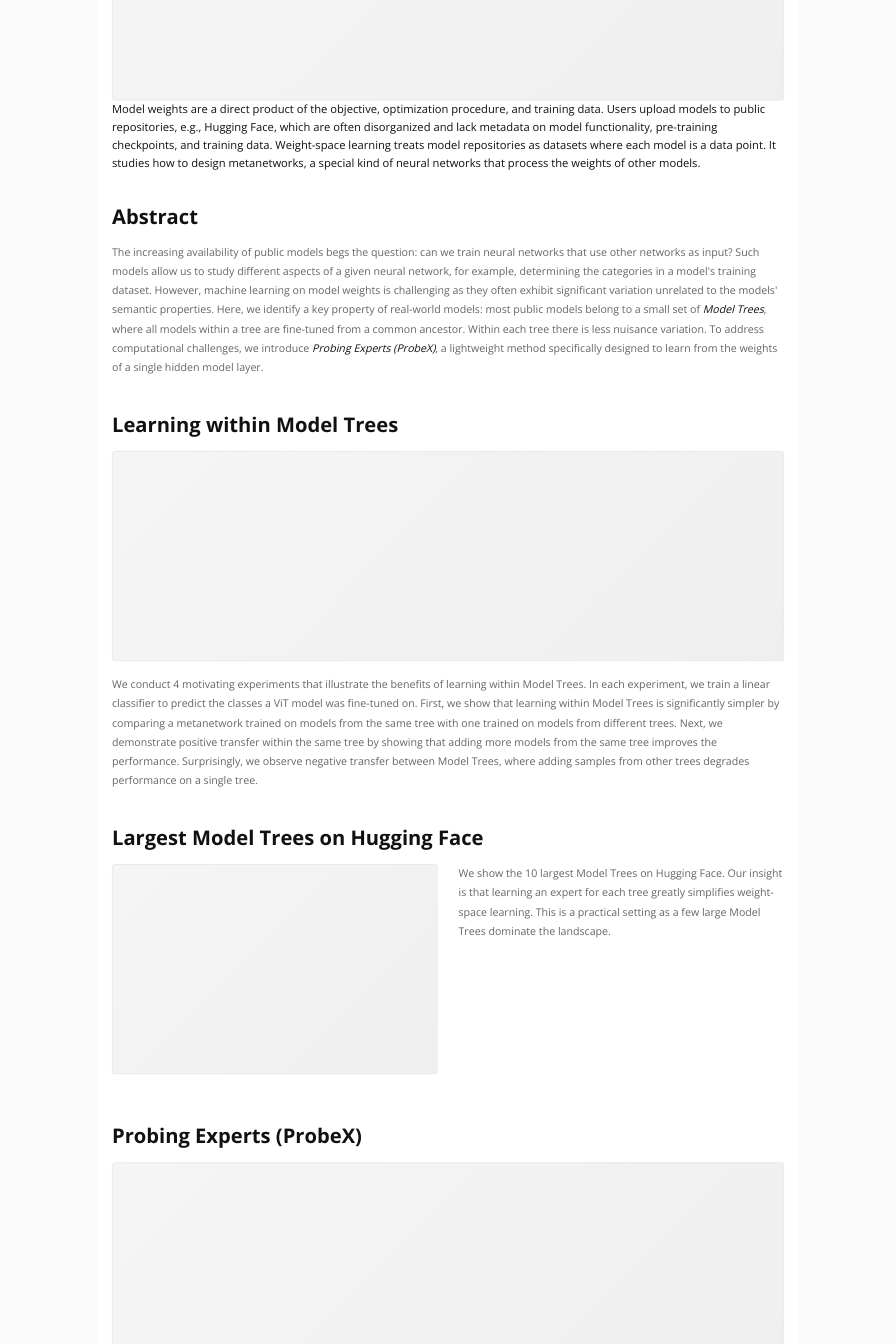
Repository: zty0304/FlowLines-web
Page: index.html
The author's editor kept a copy of each file at every save. The page is drawn from the files as they stood at one save, then again after the next save.
The browser window is 1280 px wide. The pictures show the part of the page from y = 598 to 2518 px (the page is 3730 px tall before and 3457 px after), at 70% of full size.

Above is the page before, as saved 2026-08-31 15:23:56.

### index.html
<!DOCTYPE html>
<html lang="en">
  <head>
    <meta charset="UTF-8" />
    <meta name="viewport" content="width=device-width, initial-scale=1.0" />
    <meta name="description" content="Academic Research Paper Project Page" />
    <title>Your Paper Title</title>
    <link
      href="https://fonts.googleapis.com/css2?family=Noto+Serif:wght@400;700&family=Open+Sans:wght@400;600;700&display=swap"
      rel="stylesheet"
    />
    <link rel="stylesheet" href="styles.css" />
  </head>
  <body>
    <main class="content">
      <div class="header-section">
        <h1>Structure–Color Disentangled Anime Hair Synthesis via Flow Lines</h1>

        <div class="authors-line">
          <span><a href="#">Author A</a><sup>*</sup>, </span>
          <span><a href="#">Author B</a><sup>*</sup>, </span>
          <span><a href="#">Author C</a></span>
        </div>

        <div class="affiliation-line">
          <span>Institute A</span>
          <span>Institute B</span>
        </div>

        <div class="conference-line">
          <span>SIGGRAPH Asia 2026</span>
        </div>

        <div class="equal-contribution">
          <sup>*</sup>Indicates Equal Contribution
        </div>

        <div class="buttons-group">
          <a href="#" class="btn btn-paper">
            <span>📄</span>
            <span>Paper</span>
          </a>
          <a href="#" class="btn btn-code">
            <span>💻</span>
            <span>Code</span>
          </a>
          <a href="#" class="btn btn-arxiv">
            <span>📎</span>
            <span>arXiv</span>
          </a>
          <a href="#" class="btn btn-dataset">
            <span>🤗</span>
            <span>Dataset</span>
          </a>
        </div>
      </div>

      <article class="paper">
        <figure class="teaser-figure">
          <div class="placeholder-img large"></div>
        </figure>

        <div class="intro-text">
          <p>
            Model weights are a direct product of the objective, optimization procedure, and training
            data. Users upload models to public repositories, e.g., Hugging Face, which are often
            disorganized and lack metadata on model functionality, pre-training checkpoints, and
            training data. Weight-space learning treats model repositories as datasets where each
            model is a data point. It studies how to design metanetworks, a special kind of neural
            networks that process the weights of other models.
          </p>
        </div>

        <section class="paper-section">
          <h2>Abstract</h2>
          <p>
            The increasing availability of public models begs the question: can we train neural networks
            that use other networks as input? Such models allow us to study different aspects of a given
            neural network, for example, determining the categories in a model's training dataset. However,
            machine learning on model weights is challenging as they often exhibit significant variation
            unrelated to the models' semantic properties. Here, we identify a key property of real-world
            models: most public models belong to a small set of <em>Model Trees</em>, where all models within
            a tree are fine-tuned from a common ancestor. Within each tree there is less nuisance variation.
            To address computational challenges, we introduce <em>Probing Experts (ProbeX)</em>, a lightweight
            method specifically designed to learn from the weights of a single hidden model layer.
          </p>
        </section>

        <section class="paper-section">
          <h2>Learning within Model Trees</h2>
          <figure class="section-figure">
            <div class="placeholder-img"></div>
          </figure>
          <p>
            We conduct 4 motivating experiments that illustrate the benefits of learning within Model
            Trees. In each experiment, we train a linear classifier to predict the classes a ViT model
            was fine-tuned on. First, we show that learning within Model Trees is significantly simpler
            by comparing a metanetwork trained on models from the same tree with one trained on models
            from different trees. Next, we demonstrate positive transfer within the same tree by showing
            that adding more models from the same tree improves the performance. Surprisingly, we observe
            negative transfer between Model Trees, where adding samples from other trees degrades
            performance on a single tree.
          </p>
        </section>

        <section class="paper-section">
          <h2>Largest Model Trees on Hugging Face</h2>
          <div class="section-content">
            <figure class="section-figure">
              <div class="placeholder-img"></div>
            </figure>
            <p>
              We show the 10 largest Model Trees on Hugging Face. Our insight is that learning an expert
              for each tree greatly simplifies weight-space learning. This is a practical setting as a few
              large Model Trees dominate the landscape.
            </p>
          </div>
        </section>

        <section class="paper-section">
          <h2>Probing Experts (ProbeX)</h2>
          <figure class="section-figure">
            <div class="placeholder-img"></div>
          </figure>
          <p>
            Unlike conventional probing methods that operate only on inputs and outputs, our lightweight
            architecture scales weight-space learning to large models by probing hidden model layers.
            ProbeX begins by passing a set of learned probes through the input weight matrix. A projection
            matrix, shared between all probes, reduces the dimensionality of the probe responses, followed
            by a non-linear activation. Each probe response is then mapped to a probe encoding via a
            per-probe encoder matrix. We sum the probe encodings to obtain the final model encoding, which
            the predictor head maps to the task output.
          </p>
        </section>

        <section class="paper-section">
          <h2>Results</h2>
          <p>
            ProbeX achieves state-of-the-art results on the task of training category prediction, accurately
            identifying the specific classes within a model's training dataset. Excitingly, ProbeX can also
            align fine-tuned Stable Diffusion weights with language representations. This capability enables
            a new task: zero-shot model classification, where models are classified via a text prompt describing
            their training data.
          </p>
          <figure class="section-figure">
            <div class="placeholder-img"></div>
          </figure>
        </section>

        <section class="paper-section bibtex-section">
          <div class="bibtex-header">
            <h2>BibTeX</h2>
            <button class="copy-btn" onclick="copyToClipboard()">Copy</button>
          </div>
          <pre id="bibtex"><code>@inproceedings{yourpaper2026,
  title = {Structure--Color Disentangled Anime Hair Synthesis via Flow Lines},
  author = {Author A and Author B and Author C},
  booktitle = {SIGGRAPH Asia 2026 Conference Proceedings},
  year = {2026}
}</code></pre>
        </section>

        <div class="footer-note">
          <p>
            This page was built using the <a href="https://github.com/eliahuhorwitz/Academic-project-page-template">Academic Project Page Template</a> which was adopted from the <a href="https://nerfies.github.io/">Nerfies</a> project page.
          </p>
        </div>
      </article>
    </main>

    <script src="script.js"></script>
  </body>
</html>

### styles.css
:root {
  --text-color: #111;
  --muted-color: #666;
  --bg-color: #fff;
  --border-color: #e0e0e0;
}

* {
  margin: 0;
  padding: 0;
  box-sizing: border-box;
}

html {
  scroll-behavior: smooth;
}

body {
  font-family: 'Open Sans', 'Helvetica Neue', Helvetica, Arial, sans-serif;
  background-color: #fafafa;
  color: var(--text-color);
  line-height: 1.6;
}

main.content {
  max-width: 1000px;
  margin: 0 auto;
  padding: 40px 20px;
  background-color: var(--bg-color);
}

.header-section {
  text-align: center;
  margin-bottom: 50px;
}

h1 {
  font-size: 2.5rem;
  margin: 20px 0;
  color: var(--text-color);
}

h2 {
  font-size: 1.8rem;
  margin-bottom: 15px;
  margin-top: 40px;
  color: var(--text-color);
}

h3 {
  font-size: 1.1rem;
}

a {
  color: var(--text-color);
  text-decoration: none;
}

a:hover {
  text-decoration: underline;
}

.authors-line {
  font-size: 1rem;
  margin: 10px 0;
  color: var(--text-color);
}

.authors-line a {
  color: #0066cc;
  text-decoration: none;
  font-weight: 500;
}

.authors-line a:hover {
  text-decoration: underline;
}

.affiliation-line {
  font-size: 0.95rem;
  color: var(--muted-color);
  margin: 5px 0;
}

.affiliation-line span {
  margin: 0 10px;
}

.conference-line {
  font-size: 0.95rem;
  color: var(--muted-color);
  margin: 5px 0;
}

.equal-contribution {
  font-size: 0.85rem;
  color: var(--muted-color);
  margin: 8px 0;
}

.buttons-group {
  display: flex;
  justify-content: center;
  gap: 10px;
  margin-top: 20px;
  flex-wrap: wrap;
}

.btn {
  display: inline-flex;
  align-items: center;
  gap: 6px;
  padding: 8px 14px;
  border-radius: 4px;
  font-size: 0.9rem;
  font-weight: 600;
  text-decoration: none;
  transition: all 0.2s;
}

.btn-paper {
  background: #1a1a2e;
  color: #fff;
}

.btn-paper:hover {
  background: #0a0a1e;
}

.btn-code {
  background: #2a2a4e;
  color: #fff;
}

.btn-code:hover {
  background: #1a1a3e;
}

.btn-arxiv {
  background: #3a3a6e;
  color: #fff;
}

.btn-arxiv:hover {
  background: #2a2a5e;
}

.btn-dataset {
  background: #f0a54d;
  color: #1a1a2e;
}

.btn-dataset:hover {
  background: #e69a38;
}

.intro-section {
  margin-bottom: 50px;
  display: grid;
  grid-template-columns: 1fr 1fr;
  gap: 30px;
  align-items: center;
}

.intro-figure {
  margin: 0;
}

.intro-section p {
  font-size: 0.95rem;
  line-height: 1.8;
  color: var(--muted-color);
}

.paper-section {
  margin-bottom: 45px;
}

.paper-section p {
  font-size: 0.95rem;
  line-height: 1.8;
  color: var(--muted-color);
  margin-bottom: 15px;
}

.paper-section em {
  font-style: italic;
  color: var(--text-color);
}

.section-content {
  display: grid;
  grid-template-columns: 1fr 1fr;
  gap: 30px;
  align-items: start;
}

.section-figure {
  margin: 0 0 20px 0;
  width: 100%;
}

.placeholder-img {
  width: 100%;
  height: 300px;
  background: linear-gradient(135deg, #f5f5f5 0%, #efefef 100%);
  border: 1px solid var(--border-color);
  border-radius: 4px;
}

.bibtex-section {
  margin-top: 50px;
}

.bibtex-header {
  display: flex;
  justify-content: space-between;
  align-items: center;
  margin-bottom: 15px;
}

.copy-btn {
  background: none;
  border: 1px solid var(--border-color);
  padding: 6px 12px;
  cursor: pointer;
  font-size: 0.9rem;
  font-weight: 500;
  border-radius: 4px;
  display: flex;
  align-items: center;
  gap: 6px;
  color: var(--text-color);
}

.copy-btn:hover {
  background: #f5f5f5;
}

pre {
  background: #1a1a1a;
  color: #f1f1f1;
  padding: 15px 15px;
  border-radius: 4px;
  overflow-x: auto;
  font-size: 0.85rem;
  line-height: 1.5;
}

pre code {
  font-family: 'Courier New', monospace;
}

.footer-note {
  margin-top: 60px;
  padding-top: 30px;
  border-top: 1px solid var(--border-color);
  font-size: 0.85rem;
  color: var(--muted-color);
}

.footer-note a {
  color: var(--text-color);
  text-decoration: underline;
}

@media (max-width: 768px) {
  h1 {
    font-size: 2rem;
  }

  h2 {
    font-size: 1.4rem;
  }

  main.content {
    padding: 40px 15px;
  }

  .intro-section,
  .section-content {
    grid-template-columns: 1fr;
    gap: 20px;
  }

  .links-row {
    flex-direction: column;
    gap: 10px;
  }

  .placeholder-img {
    height: 250px;
  }
}

### script.js
function copyToClipboard() {
  const bibtex = document.getElementById('bibtex');
  const text = bibtex.textContent;
  navigator.clipboard.writeText(text).then(() => {
    const btn = document.querySelector('.copy-btn');
    const originalText = btn.innerHTML;
    btn.innerHTML = '<span>Copied!</span>';
    setTimeout(() => {
      btn.innerHTML = originalText;
    }, 2000);
  }).catch(err => {
    console.error('Failed to copy:', err);
  });
}

After the next save:
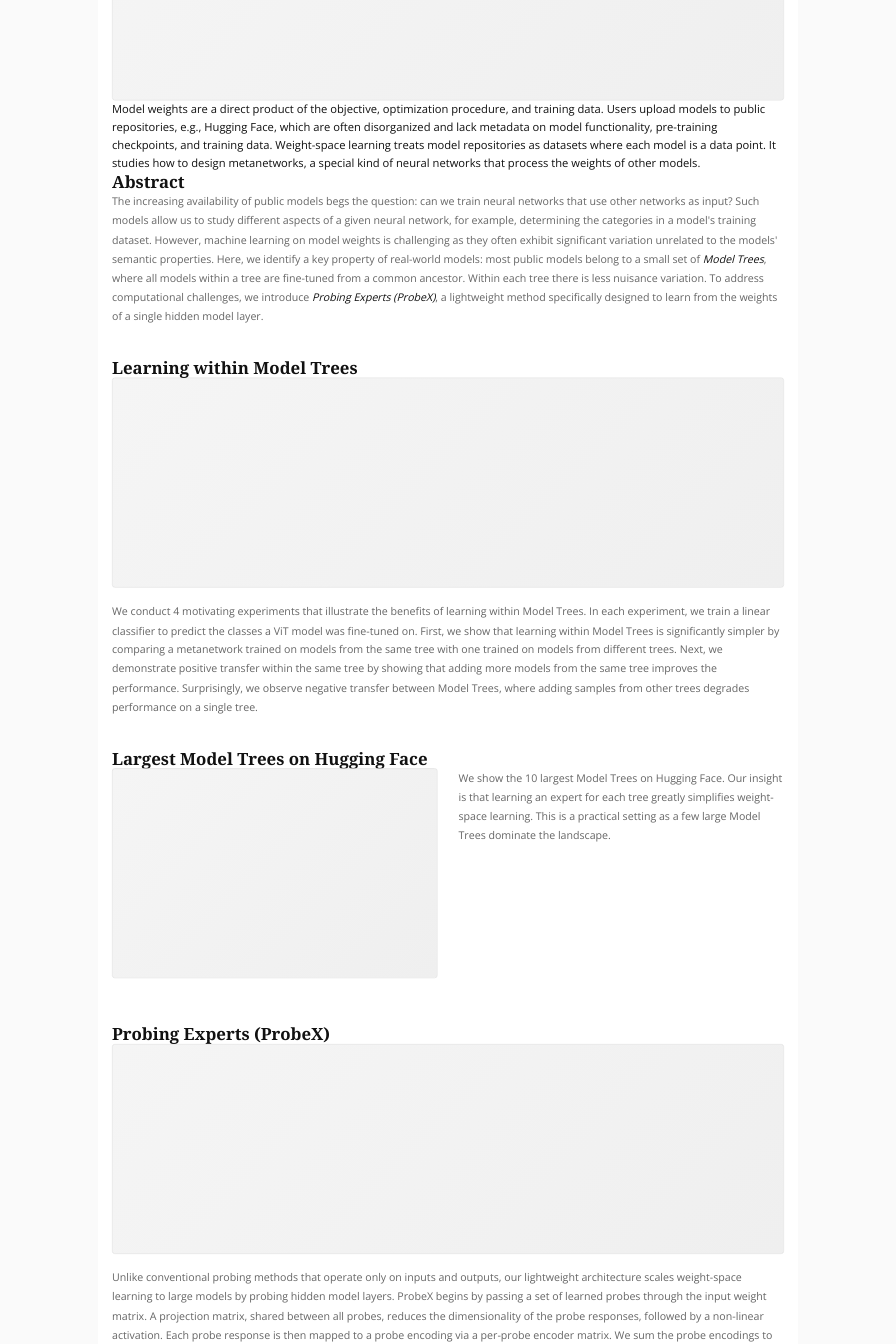
Saved 4 s later.
--- a/styles.css
+++ b/styles.css
@@ -40,15 +40,14 @@ h1 {
   color: var(--text-color);
 }
 
-h2 {
-  font-size: 1.8rem;
-  margin-bottom: 15px;
-  margin-top: 40px;
-  color: var(--text-color);
-}
-
-h3 {
-  font-size: 1.1rem;
+article.paper {
+  padding: 0;
+}
+
+h2, h3 {
+  font-family: 'Noto Serif', serif;
+  font-weight: 700;
+  line-height: 1.2;
 }
 
 a {
